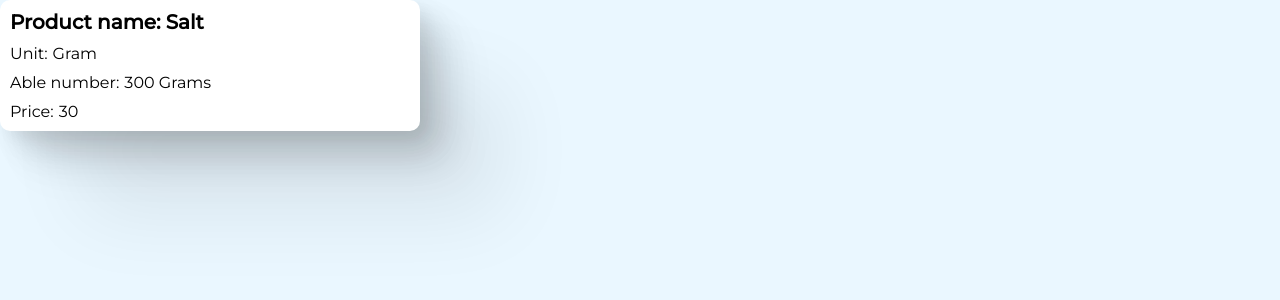
Repository: OlexandraKovach2/Vue
Page: / (app in vuexam/brila-exam/)
The author's editor kept a copy of each file at every save. The page is drawn from the files as they stood at one save, then again after the next save.
The browser window is 1280 px wide. The pictures show the whole page.
The project was rebuilt for these pictures with package versions that can differ from the ones it lists, and the page was loaded fresh each time. Also part of the build but not shown: vuexam/brila-exam/vue.config.js.

Above is the page before, as saved 2022-11-08 21:52:01.

### vuexam/brila-exam/public/index.html
<!DOCTYPE html>
<html lang="">
  <head>
    <meta charset="utf-8">
    <meta http-equiv="X-UA-Compatible" content="IE=edge">
    <meta name="viewport" content="width=device-width,initial-scale=1.0">
    <link rel="icon" href="<%= BASE_URL %>favicon.ico">
    <title><%= htmlWebpackPlugin.options.title %></title>
  </head>
  <body>
    <noscript>
      <strong>We're sorry but <%= htmlWebpackPlugin.options.title %> doesn't work properly without JavaScript enabled. Please enable it to continue.</strong>
    </noscript>
    <div id="app"></div>
    <!-- built files will be auto injected -->
  </body>
</html>

<style>

  *{
    padding: 0px;
    margin: 0px;
  }
  body{
    background-color: rgb(234, 247, 255);
  }

</style>

### vuexam/brila-exam/src/main.js
import { createApp } from 'vue'
import App from './App.vue'
import store from '@/store'

createApp(App).use(store).mount('#app')

### vuexam/brila-exam/src/App.vue
<template>
  <div>
    <ObjectTable :listData="list"/>
  </div>
</template>

<script>
  import { mapGetters } from 'vuex';
  import ObjectTable from "./components/ObjectTable";
  export default {
    name: "App",
    components: {
      ObjectTable,
    },
    computed: {
      ...mapGetters(['list']),
    },
  }
</script>

<style lang="scss" scoped>
@import url('https://fonts.googleapis.com/css2?family=Montserrat:wght@100;200;300;400;500&display=swap');
*{
  font-family: 'Montserrat', sans-serif;
}
</style>

### vuexam/brila-exam/src/store/index.js
import {createStore} from 'vuex'

const store = createStore({
    state: {
        list: [
            {
                id: 1,
                name: "Salt",
                unit: "Gram",
                count: "300",
                cost: 30
            }
        ]
    },
    getters: {
        list: state => {
            return state.list;
        }
    },
});

export default store;

### vuexam/brila-exam/src/components/ObjectTable/index.vue
<template>
    <div>
        <ObjectBase v-for="item in listData"
        :key="item.id"
        :id="item.id"
        :name="item.name"
        :unit="item.unit"
        :count="item.count"
        :cost="item.cost"
        />
    </div>
</template>

<script>
    import ObjectBase from "./ObjectBase.vue"
    export default {
        name: "ObjectTable",
        components: {
            ObjectBase,
        },
        props: {
            listData: {
                type: Array,
                default: () => []
            },
        },
    }
</script>

<style lang="scss" scoped>

</style>

### vuexam/brila-exam/src/components/ObjectTable/ObjectBase.vue
<template>
    <div class="ObjectCard">
        <div class="info-row name">
            <div>Product name: </div>
            <div>{{name}}</div>
        </div>
        <div class="info-row">
            <div>Unit: </div>
            <div>{{unit}}</div>
        </div>
        <div class="info-row">
            <div>Able number: </div>
            <div>{{count}} {{unit}}s</div>
        </div>
        <div class="info-row">
            <div>Price: </div>
            <div>{{cost}}</div>
        </div>
    </div>
</template>

<script>
    import { mapGetters } from 'vuex'
    export default {
        name: "ObjectBase",
        computed: {
        ...mapGetters(['list']),
        },
        props: {
            id: {
                type: Number,
                default: 0
            },
            name: {
                type: String,
                default: "None name"
            },
            unit: {
                type: String,
                default: "kilo"
            },
            count: {
                type: Number,
                default: 1
            },
            cost: {
                type: Number,
                default: 10
            }
        },
    }
</script>

<style lang="scss" scoped>
.ObjectCard{
    background-color: white;
    width: 400px;
    border-radius: 10px;
    box-shadow:
  6.6px 6.7px 13.7px rgba(0, 0, 0, 0.04),
  12.9px 13.2px 25.3px rgba(0, 0, 0, 0.053),
  19.2px 19.6px 34.3px rgba(0, 0, 0, 0.057),
  25.9px 26.5px 40.9px rgba(0, 0, 0, 0.057),
  35.7px 36.6px 47.2px rgba(0, 0, 0, 0.057),
  82px 84px 80px rgba(0, 0, 0, 0.07);
  display: flex;
  flex-direction: column;
  gap: 10px;
  padding: 10px;
}
.info-row{
    display: flex;
    gap: 5px;
}
.name{
    font-size: 20px;
    font-weight: 600;
}
</style>

After the next save:
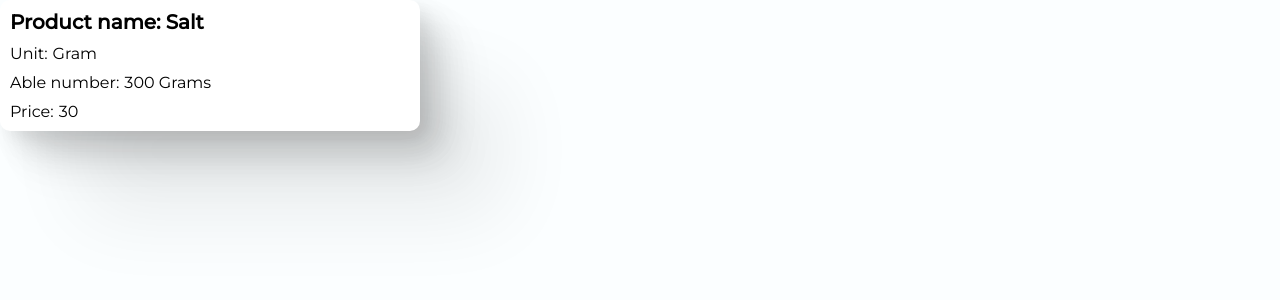
Saved 8 s later.
--- a/vuexam/brila-exam/public/index.html
+++ b/vuexam/brila-exam/public/index.html
@@ -23,7 +23,7 @@
     margin: 0px;
   }
   body{
-    background-color: rgb(234, 247, 255);
+    background-color: rgb(251, 254, 255);
   }
 
 </style>
